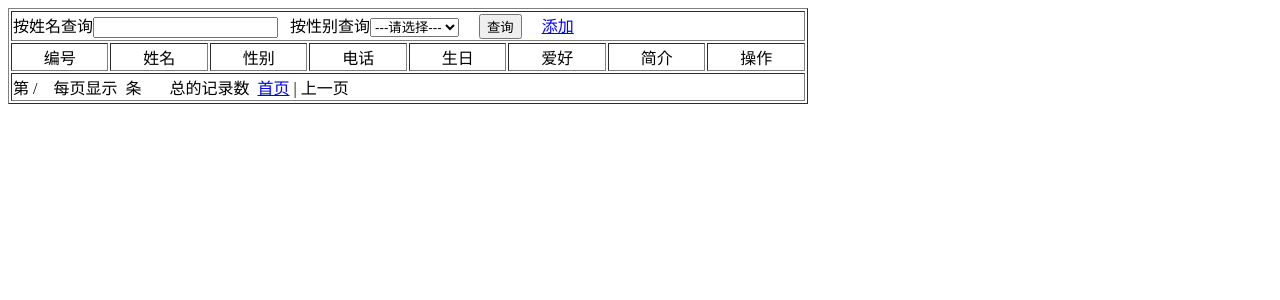
Repository: ChengqunYang/JAVA
Page: http://localhost/stu/list_page.jsp
These files come from the project's save history. The page is drawn as it stood at one moment and after the next save; the edit follows.
The browser window is 1280 px wide. The pictures show the whole page.
The page is served by Tomcat 9. The template is opened directly, without the code that normally fills it, so the values that code supplies are empty.

Above is the page before, as saved 2019-04-18 11:42:06.

After the next save:
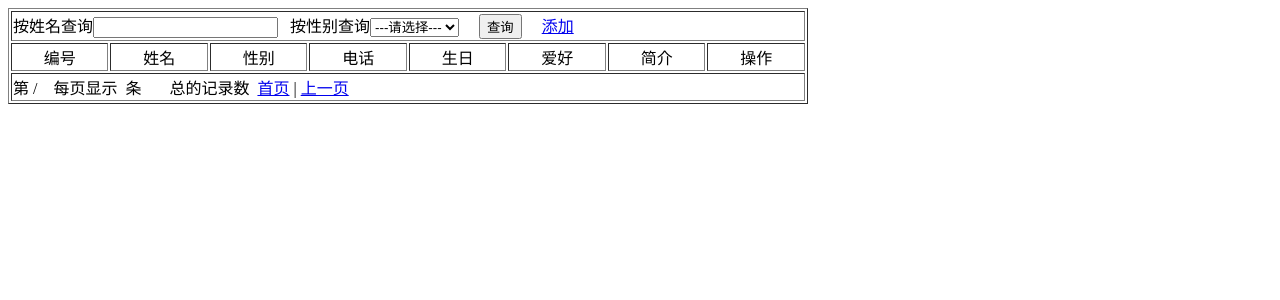
Saved 18 s later.
--- a/stu/WebContent/list_page.jsp
+++ b/stu/WebContent/list_page.jsp
@@ -69,7 +69,7 @@
 				总的记录数&nbsp;${pageBean.totalSize }
 				<c:if test="${pageBean.currentPage !=1 }">
 					<a href="StudentListPageServlet?currentPage=1">首页</a>	|
-					上一页
+					<a href="StudentListPageServlet?currentPage=1">上一页</a>
 				</c:if>
 				<c:if test="${pageBean.currentPage !=pageBean.totalPage }">
 					<a href="StudentListPageServlet?currentPage=${pageBean.currentPage+1 }">下一页</a>|
